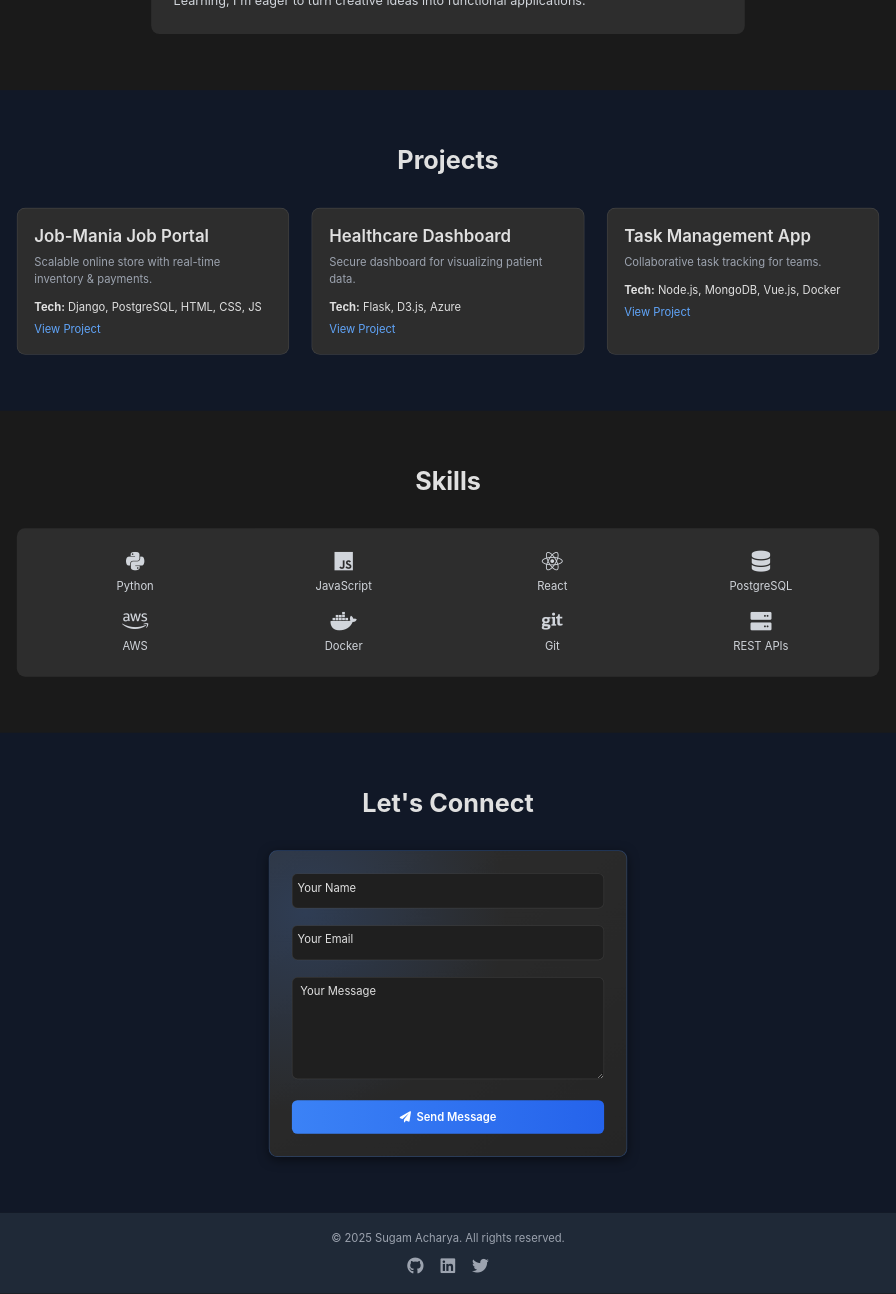
Repository: Sugaam0/Portfolio
Page: portfolio/home/templates/home/index.html
The author's editor kept a copy of each file at every save. The page is drawn from the files as they stood at one save, then again after the next save.
The browser window is 1280 px wide. The pictures show the part of the page from y = 954 to 2874 px (the page is 2802 px tall before and 2874 px after), at 70% of full size.
The template is drawn by Django 5.2. The application's start-up code is not run. The template is opened directly, without the code that normally fills it, so the values that code supplies are empty.

Above is the page before, as saved 2025-05-08 17:24:54.

After the next save:
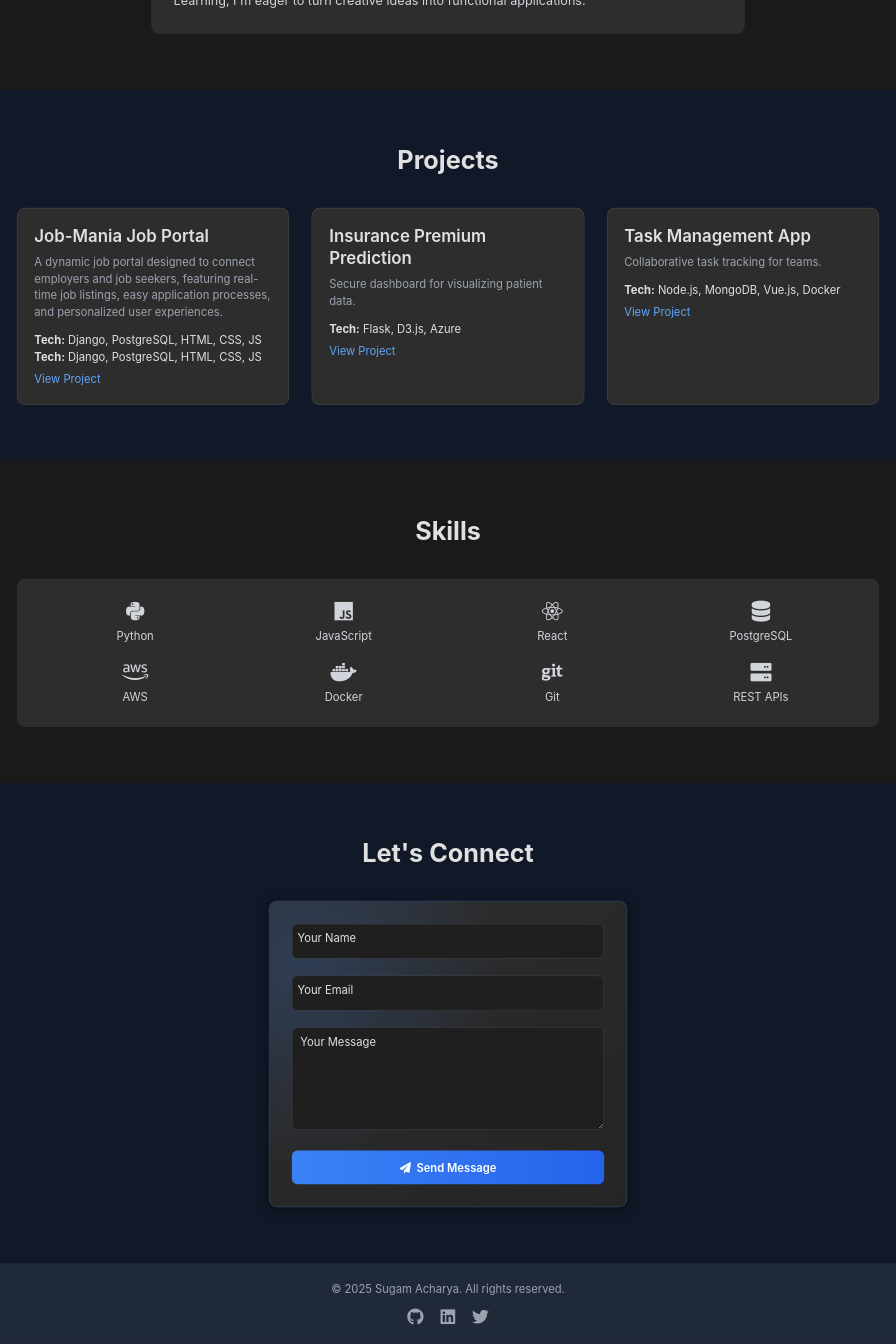
Saved 80 s later.
--- a/portfolio/home/templates/home/index.html
+++ b/portfolio/home/templates/home/index.html
@@ -49,12 +49,13 @@
       <!-- Project Cards -->
       <div class="project-card section-bg p-6">
         <h3 class="text-2xl font-semibold mb-2">Job-Mania Job Portal</h3>
-        <p class="text-gray-400 mb-4">Scalable online store with real-time inventory & payments.</p>
+        <p class="text-gray-400 mb-4">A dynamic job portal designed to connect employers and job seekers, featuring real-time job listings, easy application processes, and personalized user experiences.</p>
+        <p><strong>Tech:</strong> Django, PostgreSQL, HTML, CSS, JS</p>
         <p><strong>Tech:</strong> Django, PostgreSQL, HTML, CSS, JS</p>
         <a href="#" class="text-blue-400 hover:underline mt-2 inline-block">View Project</a>
       </div>
       <div class="project-card section-bg p-6">
-        <h3 class="text-2xl font-semibold mb-2">Healthcare Dashboard</h3>
+        <h3 class="text-2xl font-semibold mb-2">Insurance Premium Prediction</h3>
         <p class="text-gray-400 mb-4">Secure dashboard for visualizing patient data.</p>
         <p><strong>Tech:</strong> Flask, D3.js, Azure</p>
         <a href="#" class="text-blue-400 hover:underline mt-2 inline-block">View Project</a>
